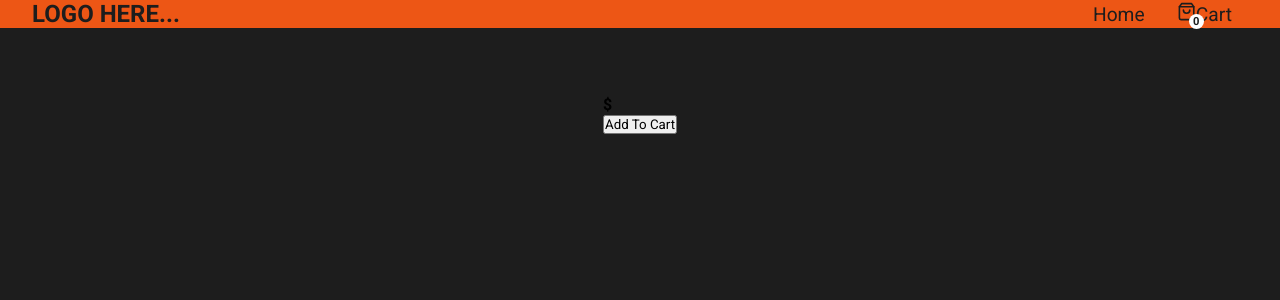
Repository: suraj-yadav7/eCommerce-Cart-React
Page: /
These files come from the project's save history. The page is drawn as it stood at one moment and after the next save; the edit follows.
The browser window is 1280 px wide. The pictures show the whole page.
The project was rebuilt for these pictures with package versions that can differ from the ones it lists, and the page was loaded fresh each time.

Above is the page before, as saved 2023-03-25 21:08:05.

### src/App.js
import "./styles/app.scss";
import { BrowserRouter as Router,Routes, Route} from "react-router-dom";
import Header from "./Components/Header"
import Home from "./Components/Home"
function App() {
  return (
<Router>
<Header/>
<Routes>
  <Route path="/" element={<Home/>}/>
</Routes>
</Router>
  );
}

export default App;

### src/styles/app.scss
@import url('https://fonts.googleapis.com/css2?family=Roboto:ital,wght@0,100;0,300;0,400;0,500;0,700;1,700&display=swap');

@import "colors";
@import "header";
@import "home";

*{
    margin:0;
    padding:0;
    box-sizing: border-box;
    text-decoration: none;
    font-family: "Roboto", sans-serif;
}

body{
    background-color: $primary;

}

h1{
    color: $secondary;
}

### src/Components/Header.jsx
import React from 'react'
import { Link } from 'react-router-dom'
import {FiShoppingBag} from "react-icons/fi"

const Header = () => {
  return (
 <>
 <nav>
    <h2>Logo here...</h2>
    <div>
        <Link to={"/"}>Home</Link>
        <Link to={"/cart"}><FiShoppingBag/>Cart
        <p>0</p>
        </Link>
    </div>
 </nav>

 </>
  )
}

export default Header

### src/Components/Home.jsx
import React from 'react'

const Home = () => {
  const productList = [
    {
    name:"macBook",
    price:50000,
    imgSrc:'img1',
    id:"fdsgdsfds4534"
  },
  {
    name:"iphone",
    price:80000,
    imgSrc:'img2',
    id:"fdsgdsfdds4534"
  },
  {
    name:"ipad",
    price:42999,
    imgSrc:'img3',
    id:"hfdafdsgdsfds4534"
  },
  ]

  const addToCartHandler = ()=>{
    console.log("The  add to cart handler")
  }
  return (
    <>
    <div className='home'>
    {
      productList.map((i)=>{
        <ProductCard key={i.id} id={i.id} imgSrc={i.imgSrc} name={i.name} price={i.price}  handler={addToCartHandler}/>
      })
    }
    <ProductCard/>
    </div>

    </>
  )
}

const ProductCard = ({name,id, price, handler, imgSrc})=>(
  <div className='productCard'>
  <img src={imgSrc} alt={name} />
  <p>{name}</p>
  <h4>${price}</h4>
  <button onClick={()=>handler({name,price,id,quantity:1,imgSrc})}>Add To Cart</button>
  </div>

)

export default Home

### src/styles/colors.scss
$primary : rgb(29,29,29);
$primarydark : rgb(18,18,18);
$secondary : rgb(237,86,21);
$secondarydark : rgb(197,72,18);
$tertiary: #ffff;

### src/styles/header.scss
@import "colors";

nav{
    background-color: $secondary;
    display: flex;
    justify-content: space-between;
    padding: 0 2rem;

    >h2{
        text-transform: uppercase;
        color: $primary;
    }
    >div{
        display: flex;
        align-items: center;

    >a{
            color:$primary;
            font-size: 1.2rem;
            margin: 0 1rem;
            transition: all 0.3s;
            &:hover{
                opacity: 0.5;
            }
            >p{
                position:absolute;
                background-color: $tertiary;
                border-radius: 50%;
                width: 15px;
                height: 15px;
                font: 900 0.7rem "Roboto";
                display: grid;
                place-items: center;
                transform: translate(80%, -80%);
            }
        }
    }


}

### src/styles/home.scss
@import "colors";
.home{
    display: flex;
    justify-content: center;
    flex-wrap: wrap;
    padding: 3rem;
}

Loaded but not shown: public/index.html (common file); src/index.js (common file)

After the next save:
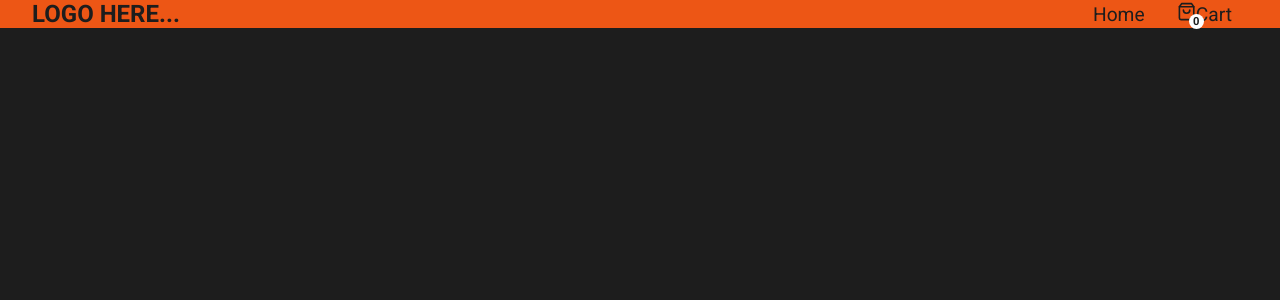
Saved 113 s later.
--- a/src/Components/Home.jsx
+++ b/src/Components/Home.jsx
@@ -33,7 +33,6 @@
         <ProductCard key={i.id} id={i.id} imgSrc={i.imgSrc} name={i.name} price={i.price}  handler={addToCartHandler}/>
       })
     }
-    <ProductCard/>
     </div>
 
     </>
